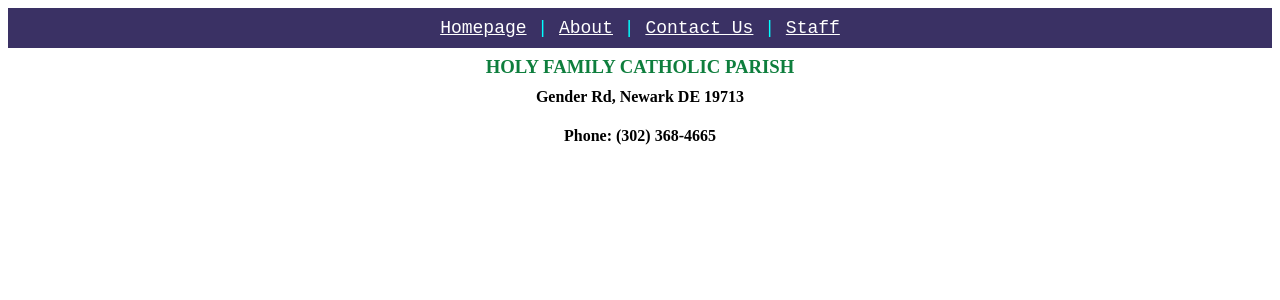
Repository: ficotims/HTML-RESTART
Page: Homepage.html
These files come from the project's save history. The page is drawn as it stood at one moment and after the next save; the edit follows.
The browser window is 1280 px wide. The pictures show the whole page.

Above is the page before, as saved 2026-02-10 22:13:50.

### Homepage.html
<!doctype html>
<html lang="en">
  <head>
    <meta charset="UTF-8" />
    <meta name="viewport" content="width=device-width, initial-scale=1.0" />
    <style>
.card {
  box-shadow: 0 4px 8px 0 rgba(0,0,0,0.2);
  transition: 0.3s;
  width: 10%;
}

.card:hover {
  box-shadow: 0 8px 16px 0 rgba(45, 166, 247, 0.2);
}

.container {
  padding: 200px 160px;
}
</style>
    <title>HTML Crash course with Iman Musa</title>
    <link rel="stylesheet" href="Style 1.css"/>

      </head>
<body

     <!-- NAVIGATION SECTION -->
        <div style="background-color: rgb(58, 49, 100); padding: 10px; text-align: center; color: aqua; font-size: 18px; font-family: monospace, Lemon milk;">
    <a href="Homepage.html" target="_top" style="color: white;">Homepage</a> |
    <a href="about.html" style="color: white;">About</a> | <a href="Contact us.html" style="color: white;">Contact Us</a> |
    <a href="staff.html" style="color: white;">Staff</a>
     </div>

 <div style="text-align: center;">
    <h3><span style="color: rgb(14, 126, 61);"><div style="line-height: 0;">HOLY FAMILY CATHOLIC PARISH</b></span></h3>
    <H4><span style="line-height: 0;">Gender Rd, Newark DE 19713</H4>
    <H4>Phone: (302) 368-4665</H4></span>
 </div>

  </body>
</html>

### Style 1.css
.card {
    box-shadow: 0 4px 8px 0 rgba(0, 0, 0, 0.2);
    transition: 0.3s;
}

}

After the next save:
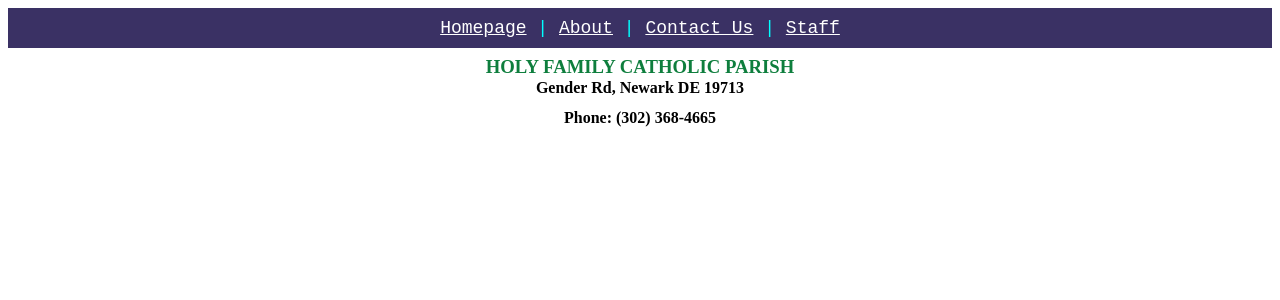
Saved 25 s later.
--- a/Homepage.html
+++ b/Homepage.html
@@ -33,7 +33,7 @@
 
  <div style="text-align: center;">
     <h3><span style="color: rgb(14, 126, 61);"><div style="line-height: 0;">HOLY FAMILY CATHOLIC PARISH</b></span></h3>
-    <H4><span style="line-height: 0;">Gender Rd, Newark DE 19713</H4>
+    <H4 span style="line-height: 0;">Gender Rd, Newark DE 19713</H4>
     <H4>Phone: (302) 368-4665</H4></span>
  </div>
 
